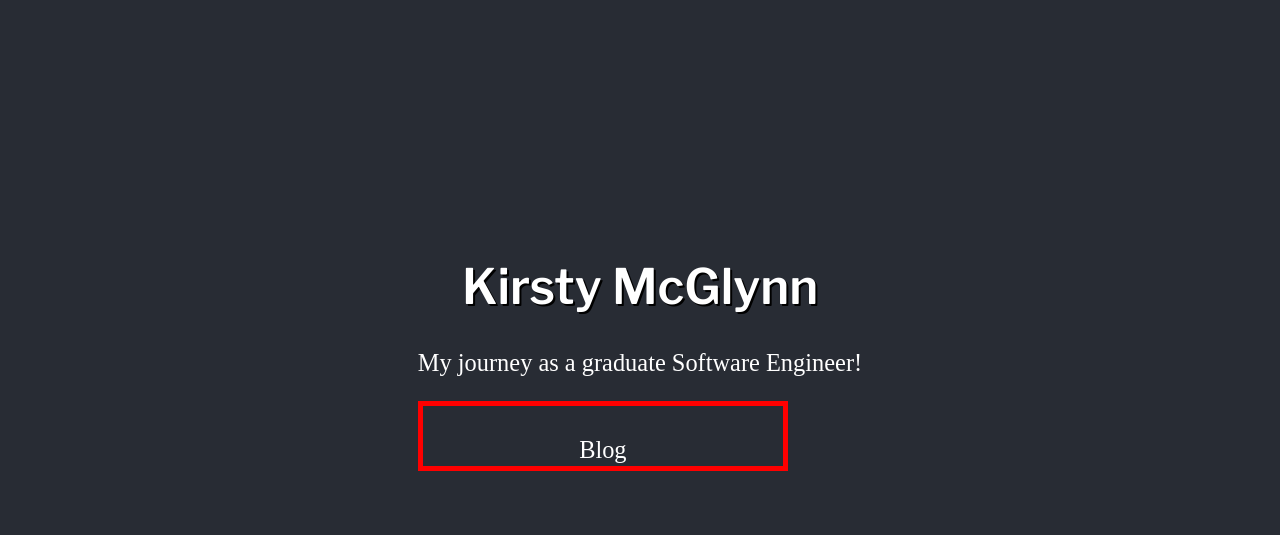
Repository: KLM94/blog
Page: /
These files come from the project's save history. The page is drawn as it stood at one moment and after the next save; the edit follows.
The browser window is 1280 px wide. The pictures show the whole page.
The project was rebuilt for these pictures with package versions that can differ from the ones it lists, and the page was loaded fresh each time. Also part of the build but not shown: src/index.css.

Above is the page before, as saved 2020-11-07 12:50:38.

After the next save:
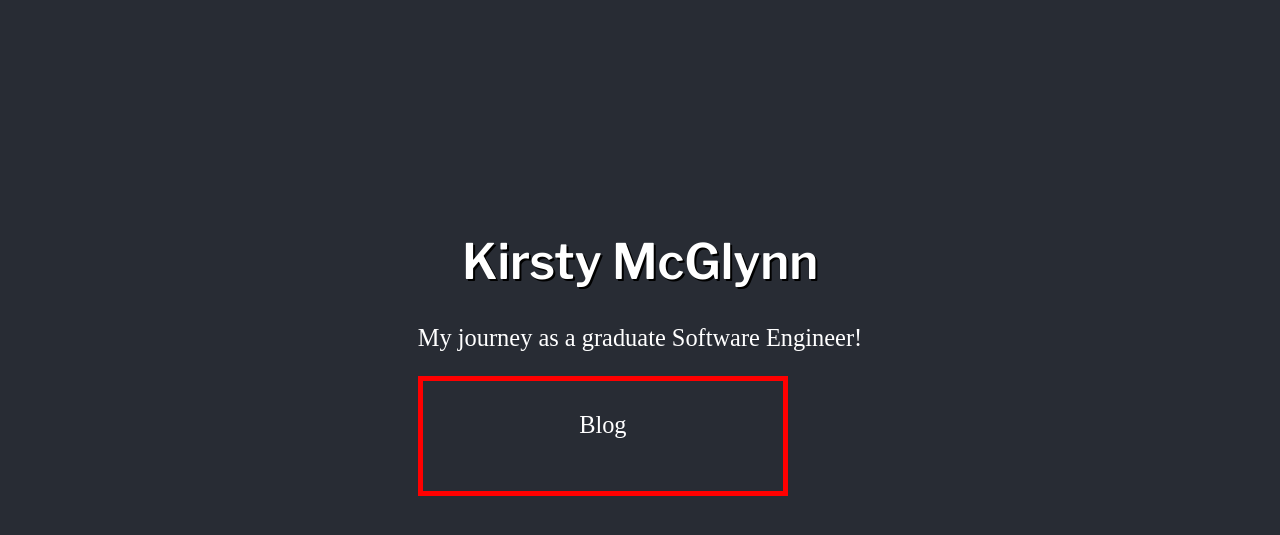
Saved 6 s later.
--- a/src/App.css
+++ b/src/App.css
@@ -25,6 +25,6 @@
   border: 5px solid red;
   box-sizing: content-box;
   width: 300px;
-  height: 0px;
+  height: 50px;
   padding: 30px;
 }
